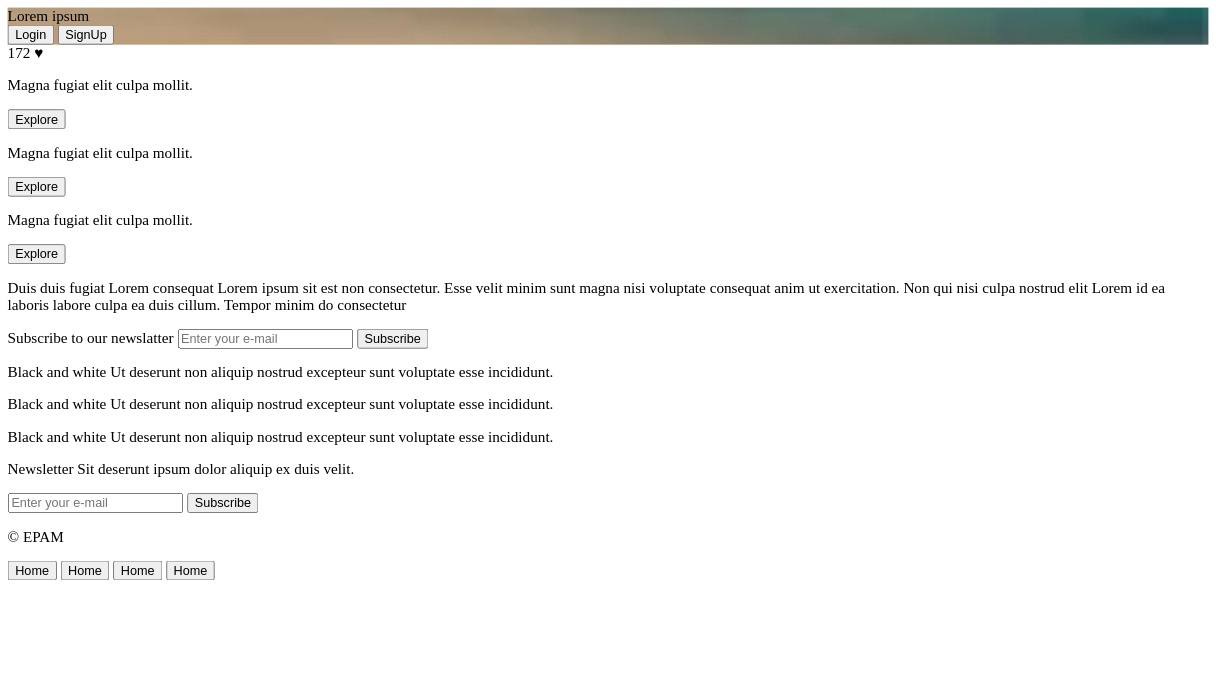
Repository: M1shkaBear/FLX
Page: FLX_homework_4/homework/index.html
An editor plug-in stored every save of this project. The page is shown before and after the next save, followed by the edit.
The browser window is 1280 px wide. The pictures show the whole page, at 95% of full size.

Above is the page before, as saved 2019-01-29 04:08:47.

After the next save:
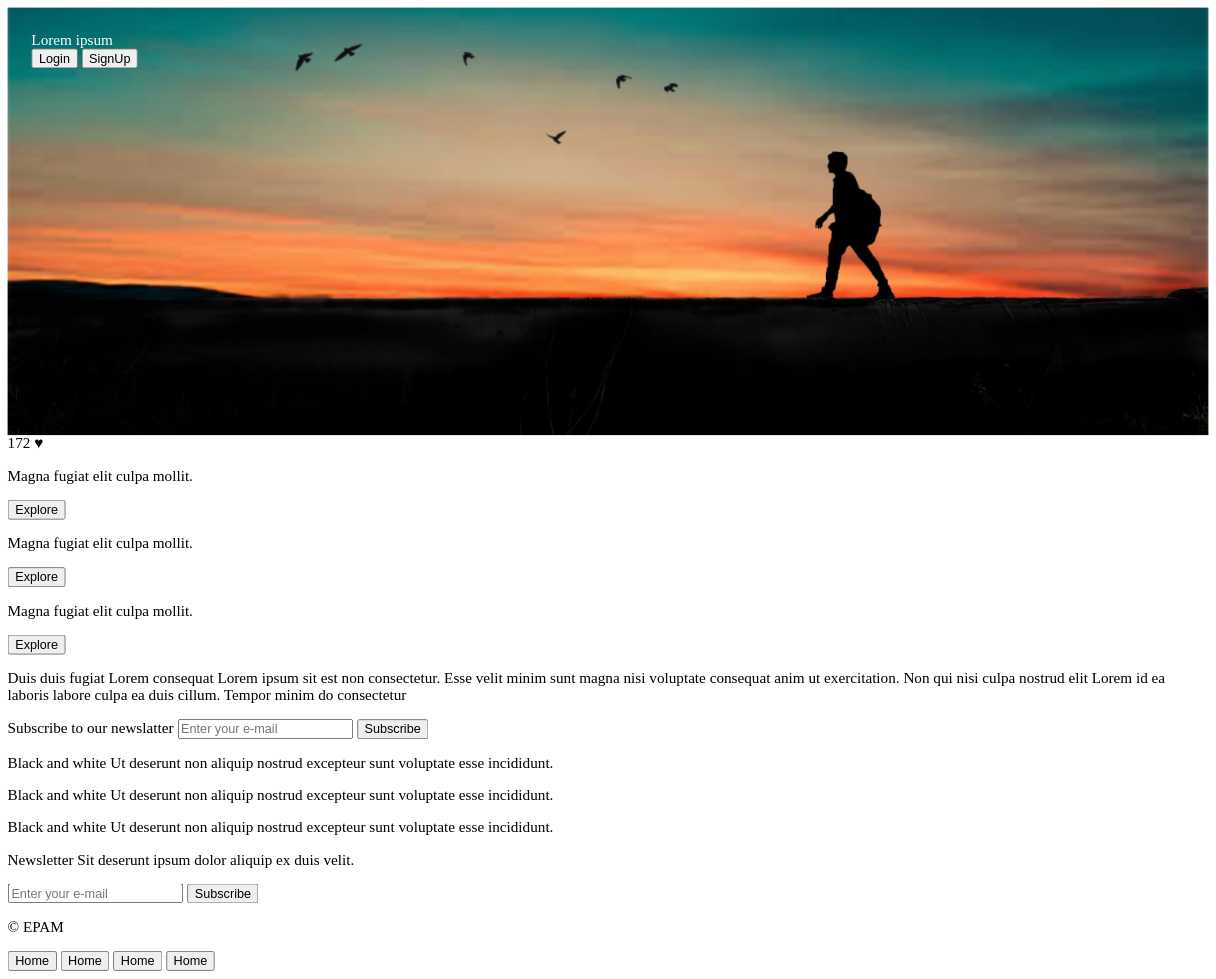
Saved 92 s later.
--- a/FLX_homework_4/homework/css/style.css
+++ b/FLX_homework_4/homework/css/style.css
@@ -1,3 +1,8 @@
 .header {
-  background: url("../img/sample2.jpg") 100% no-repeat;
+  min-height: 400px;
+  background-image: url("../img/sample2.jpg");
+  background-size: cover;
+  background-position: bottom;
+  padding: 25px;
+  color: #ffffff;
 }
